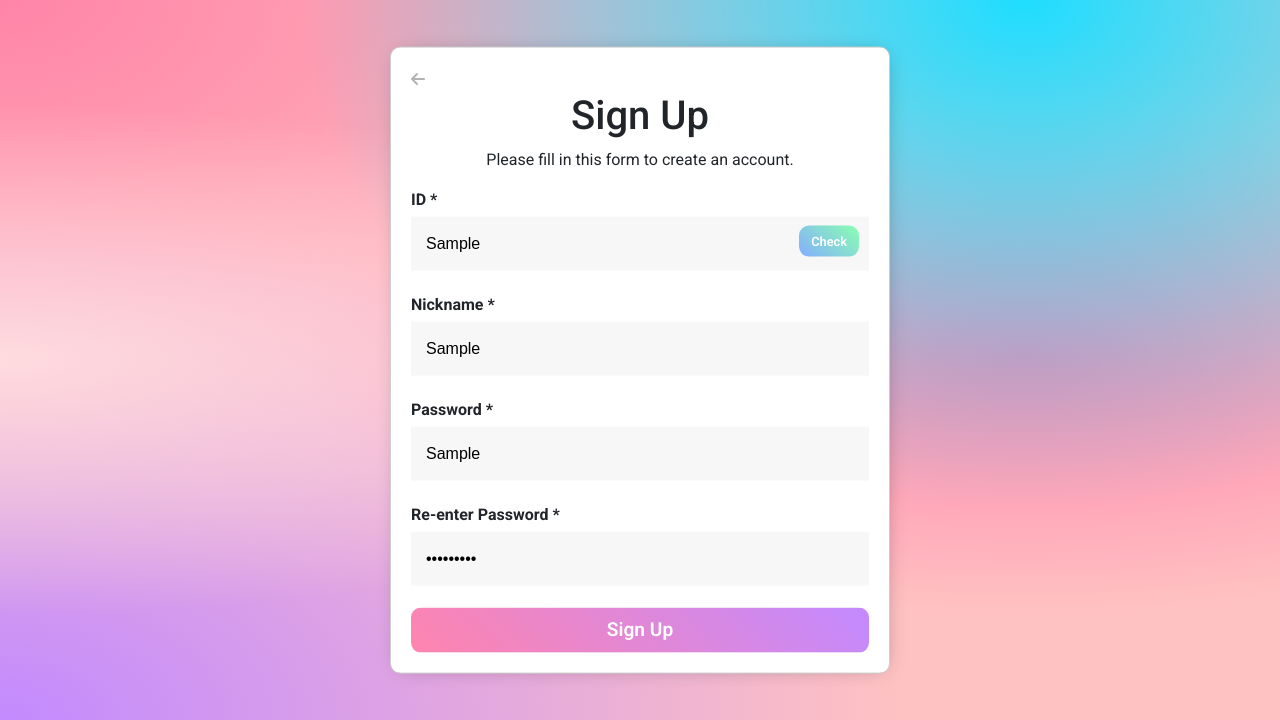
Repository: Jae-yi/JSPMybatis
Page: http://localhost/JspMybatisSub/WEB-INF/views/page/register.jsp
An editor plug-in stored every save of this project. The page is shown before and after the next save, followed by the edit.
The browser window is 1280 px wide. The pictures show the whole page.
Empty fields were first filled with sample values (such as "Sample", 5 or name@example.com).
After loading, the first visible `#rePwd` was changed once.
Some web fonts or font styles are not loaded; a fallback is used. Some web libraries are served in a nearby version. The page is served by Tomcat 9. Nobody is signed in. Other server files are loaded and not shown. The template is opened directly, without the code that normally fills it, so the values that code supplies are empty.

Above is the page before, as saved 2023-02-01 12:02:59.
Console error: ReferenceError: pwd2 is not defined

### JspMybatisSub/src/main/webapp/WEB-INF/views/page/register.jsp
<%@ page language="java" contentType="text/html; charset=UTF-8"
	pageEncoding="UTF-8"%>
<!DOCTYPE html>
<html>
<%@ include file="../include/style.jsp"%>
<link href="resources/css/register.css" rel="stylesheet" type="text/css">
<head>
<meta charset="UTF-8">
<script src="https://kit.fontawesome.com/3f27d28028.js"
	crossorigin="anonymous"></script>
<script src="https://ajax.aspnetcdn.com/ajax/jQuery/jquery-3.3.1.min.js"></script>
<script>
	$(document).ready(function() {

		//뒤로가기 버튼
		$("#goBack").click(function(e) {
			e.preventDefault();
			history.back();
		})

		// 아이디 중복체크
		$("#duplIdCheck").click(function(e) {
			e.preventDefault();
			duplIdCheck();
		})

	});

	$(function() {
		$("#pwdSuccess").hide();
		$("#pwdFail").hide();
		$("#rePwd").keyup(function() {
			var pwd = $("#pwd").val();
			var rePwd = $("#rePwd").val();
			if (pwd2 == "") {
				$("#pwdSuccess").hide();
				$("#pwdFail").hide();
			} else if (pwd != "" || rePwd != "") {
				if (pwd1 == pwd2) {
					$("#pwdSuccess").show();
					$("#pwdFail").hide();
					$("#pwConfirm").removeClass("is-invalid")
					$("#joinOk").removeAttr("disabled");
				} else {
					$("#pwdSuccess").hide();
					$("#pwdFail").show();
					$("#pwConfirm").addClass("is-invalid")
					$("#joinOk").attr("disabled", "disabled");
				}
			}
		});
	});

	function duplIdCheck() {
		//비동기 통신 선언 (ajax)
		$.ajax({
			type : "GET", //post로 요청
			url : "/idDuplCheck",
			dataType : "json",
			data : {
				id : $('#id').val(),
			}, //전송할 데이터
			success : function(data) {

				if (data.duplId == true) {
					alert('중복된 아이디입니다. 다른 아이디를 사용해주세요.');
				} else {
					alert('사용가능한 아이디입니다.');
				}
			},

		});

	};
</script>
</head>
<body>
	<form>
		<div class="container">
			<i class="fa-sharp fa-solid fa-arrow-left" id="goBack"></i>
			<h1 style="text-align: center">Sign Up</h1>
			<p style="text-align: center">Please fill in this form to create
				an account.</p>

			<label for="email"><b>ID *</b></label>
			<div id ="idInputDiv" style="display:flex">
			<input type="text"
				name="username" id = "id" placeholder="Enter User ID" required>
			<button type="button" class="btn btn-outline-primary" id="duplIdCheck">Check</button>
			</div>
			<label
			for="nickname"><b>Nickname *</b></label>
			<input type="text" id="nickname"
			placeholder="Enter Nickname" name="nickname" required>
			<label
			for="psw"><b>Password *</b></label>
			<input type="text" id="pwd"
			placeholder="Enter Password" name="pwd" required>
			<label
			for="rePwd"><b>Re-enter Password *</b></label>
			 <input type="password" id="rePwd"
			placeholder="Re-Enter Password" name="rePwd" required>
			<span id="pwdFail" style="color:red;"><strong>비밀번호가 일치하지 않습니다.</strong></span>
			<span id="pwdSuccess" style="color:blue;"><strong>비밀번호 일치</strong></span>

			<button type="submit" class="submitBtn" id="submitBtn">Sign Up</button>
		</div>
	</form>
</body>
</html>

### JspMybatisSub/src/main/webapp/WEB-INF/views/include/style.jsp
<%@ page language="java" contentType="text/html; charset=UTF-8"
	pageEncoding="UTF-8"%>
<head>
<meta charset="UTF-8">
<title>INTELLIJ2's PROJECT</title>

<!-- Bootstrap : CSS only -->
<link
	href="https://cdn.jsdelivr.net/npm/bootstrap@5.3.0-alpha1/dist/css/bootstrap.min.css"
	rel="stylesheet"
	integrity="sha384-GLhlTQ8iRABdZLl6O3oVMWSktQOp6b7In1Zl3/Jr59b6EGGoI1aFkw7cmDA6j6gD"
	crossorigin="anonymous">
<script
	src="https://cdn.jsdelivr.net/npm/bootstrap@5.3.0-alpha1/dist/js/bootstrap.bundle.min.js"
	integrity="sha384-w76AqPfDkMBDXo30jS1Sgez6pr3x5MlQ1ZAGC+nuZB+EYdgRZgiwxhTBTkF7CXvN"
	crossorigin="anonymous"></script>

<!-- Bootstrap : JavaScript Bundle with Popper -->
<script
	src="https://cdn.jsdelivr.net/npm/@popperjs/core@2.11.6/dist/umd/popper.min.js"
	integrity="sha384-oBqDVmMz9ATKxIep9tiCxS/Z9fNfEXiDAYTujMAeBAsjFuCZSmKbSSUnQlmh/jp3"
	crossorigin="anonymous"></script>
<script
	src="https://cdn.jsdelivr.net/npm/bootstrap@5.3.0-alpha1/dist/js/bootstrap.min.js"
	integrity="sha384-mQ93GR66B00ZXjt0YO5KlohRA5SY2XofN4zfuZxLkoj1gXtW8ANNCe9d5Y3eG5eD"
	crossorigin="anonymous"></script>

<!-- JQuery -->
<script src=https://cdnjs.cloudflare.com/ajax/libs/jquery/3.6.3/jquery.min.js></script>

</head>

### JspMybatisSub/src/main/webapp/resources/css/register.css
@charset "EUC-KR";
@import url('https://fonts.googleapis.com/css2?family=Poppins:wght@400;500;600&family=Roboto+Condensed:wght@700&family=Roboto:wght@300;400;500;600;700&display=swap');
@font-face {
    font-family: 'GmarketSansMedium';
    src: url('https://cdn.jsdelivr.net/gh/projectnoonnu/noonfonts_2001@1.1/GmarketSansMedium.woff') format('woff');
    font-weight: normal;
    font-style: normal;
}

body {
	font-family:  Roboto, GmarketSansMedium, sans-serif;
	background-color:#f7f7f7;
}
* {box-sizing: border-box}

body {
  background-color: #fff9f9;
  min-height: 700px;
  min-width: 700px;
  height: 100vh;
  width: 100vw;
  background-color:hsla(0,100%,88%,1);
  background-image:
radial-gradient(at 80% 0%, hsla(189,100%,56%,1) 0px, transparent 50%),
radial-gradient(at 0% 50%, hsla(355,100%,93%,1) 0px, transparent 50%),
radial-gradient(at 80% 50%, hsla(340,100%,76%,1) 0px, transparent 50%),
radial-gradient(at 0% 100%, hsla(269,100%,77%,1) 0px, transparent 50%),
radial-gradient(at 0% 0%, hsla(343,100%,76%,1) 0px, transparent 50%);
}

i {
  width: 10%;
  color: rgba(0,0,0,0.3);
}

/* Add padding to container elements */
.container {
    padding: 20px;
      width:500px;
    position: absolute;
    left: 50%;
    top: 50%;
    transform: translate(-50%, -50%);
      border:1px solid #ccc;
      border-radius:10px;
      background:white;
  -webkit-box-shadow: 2px 1px 21px -9px rgba(0,0,0,0.38);
  -moz-box-shadow: 2px 1px 21px -9px rgba(0,0,0,0.38);
  box-shadow: 2px 1px 21px -9px rgba(0,0,0,0.38);
  }

/* Full-width input fields */
input[type=text], input[type=password] {
  width: 100%;
  padding: 15px;
  margin: 5px 0 22px 0;
  display: inline-block;
  border: none;
  background: #f7f7f7;
	font-family: Montserrat,Arial, Helvetica, sans-serif;
}
select {
  width: 18%;
  padding: 15px;
  margin: 5px 0 22px 0;
  display: inline-block;
  border: none;
  background: #f7f7f7;
	font-family: Montserrat,Arial, Helvetica, sans-serif;
}

input[type=phone] {
  width: 81%;
  padding: 15px;
  margin: 5px 0 22px 0;
  display: inline-block;
  border: none;
  background: #f7f7f7;
}

input[type=text]:focus, input[type=password]:focus, input[type=phone]:focus, select:focus {
  background-color: #ddd;
  outline: none;
}

#idInputDiv > button {
  border: none;
  border-radius: 10px;
  font-size: 0.8rem;
  background-image: linear-gradient(43deg, hsla(220,100%,76%,1) 0%, hsla(500,100%,77%,1) 100%);
  color: white;
  font-weight: 600;
  position:absolute;
  right:30px;
  top:178px;
}

.submitBtn {
  border: none;
  padding:0.5rem;
  width: 100%;
  border-radius: 10px;
  font-size: 1.2rem;
  background-image: linear-gradient(43deg, hsla(340,100%,76%,1) 0%, hsla(269,100%,77%,1) 100%);
  color: white;
  font-weight: 600;
}

.submitBtn:disabled {
	opacity:0.7;
}

.submitBtn:hover {
  opacity:1;
}

After the next save:
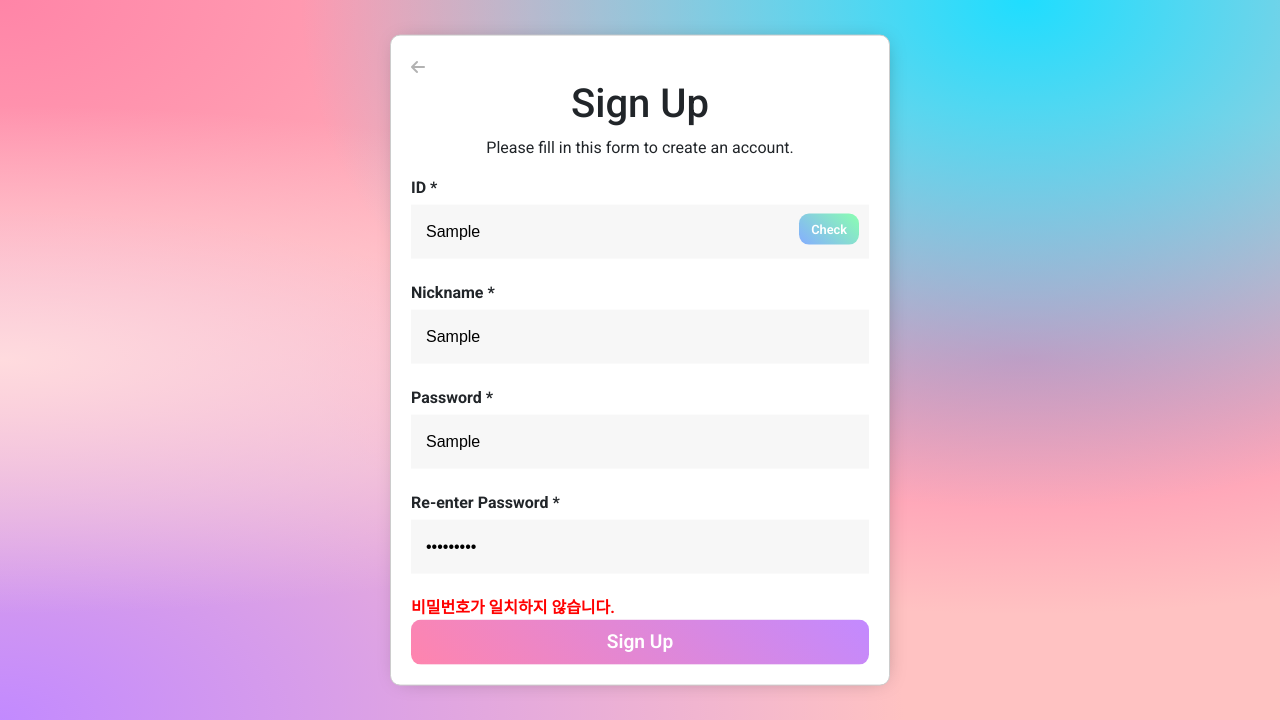
The error is gone.
Saved 13 s later.
--- a/JspMybatisSub/src/main/webapp/WEB-INF/views/page/register.jsp
+++ b/JspMybatisSub/src/main/webapp/WEB-INF/views/page/register.jsp
@@ -32,11 +32,11 @@
 		$("#rePwd").keyup(function() {
 			var pwd = $("#pwd").val();
 			var rePwd = $("#rePwd").val();
-			if (pwd2 == "") {
+			if (rePwd == "") {
 				$("#pwdSuccess").hide();
 				$("#pwdFail").hide();
 			} else if (pwd != "" || rePwd != "") {
-				if (pwd1 == pwd2) {
+				if (pwd == rePwd) {
 					$("#pwdSuccess").show();
 					$("#pwdFail").hide();
 					$("#pwConfirm").removeClass("is-invalid")
